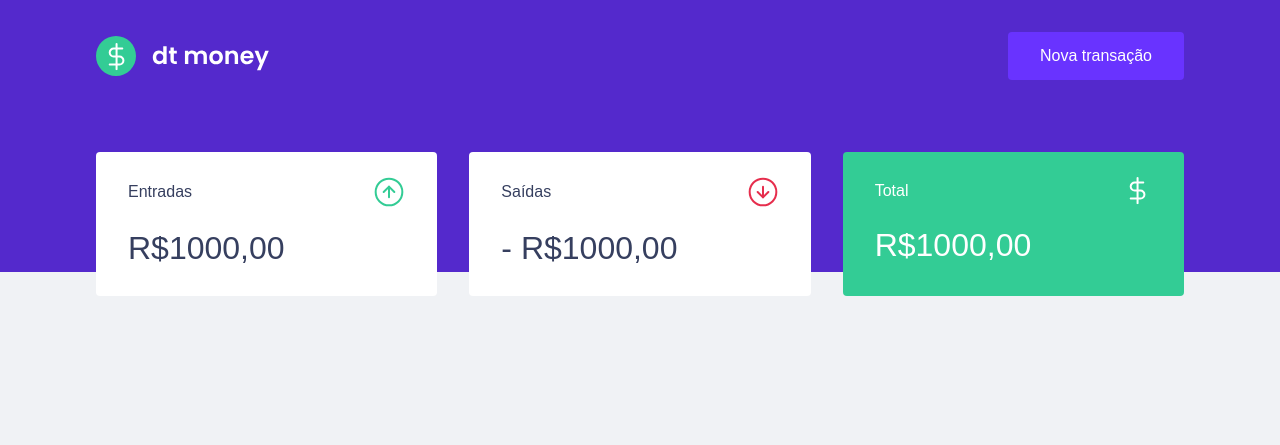
Repository: joaovnogueira/dtmoney
Page: /
The author's editor kept a copy of each file at every save. The page is drawn from the files as they stood at one save, then again after a run of saves.
The browser window is 1280 px wide. The pictures show the whole page.
The project was rebuilt for these pictures with package versions that can differ from the ones it lists, and the page was loaded fresh each time.

Above is the page before, as saved 2022-06-21 15:49:22.

After the next 5 saves:
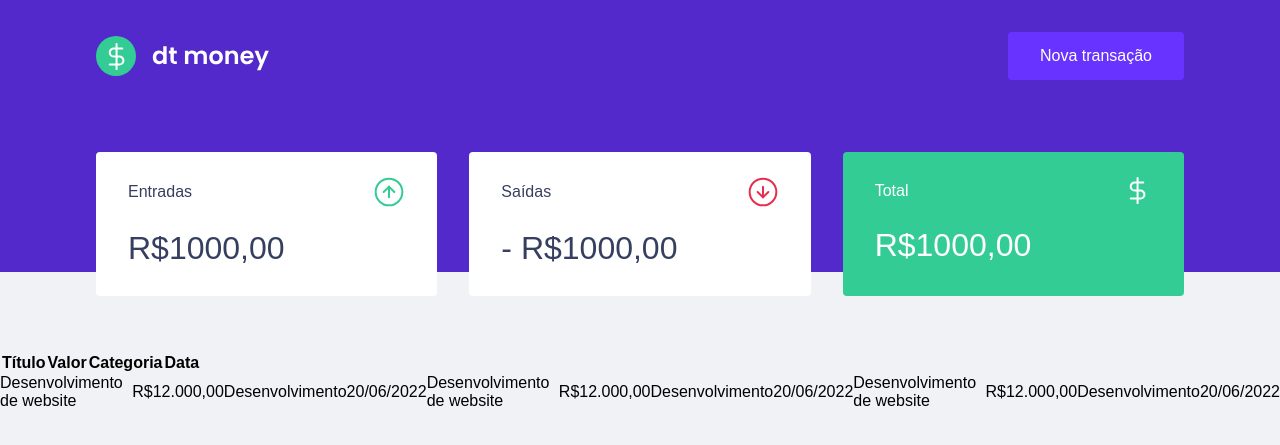
The 5 saves are shown as one change because 1 did not build or start and some came seconds apart.
The last was saved 21 s later.
--- a/src/App.tsx
+++ b/src/App.tsx
@@ -1,6 +1,7 @@
 import { GlobalStyle } from "./assets/styles/global";
 import { Dashboard } from "./components/dashboard";
 import { Header } from "./components/header";
+import { TransactionsTable } from "./components/transacationsTable";
 
 export function App() {
   return (
@@ -8,6 +9,7 @@
         <GlobalStyle/>
         <Header/>
         <Dashboard/>
+        <TransactionsTable />
       </>
 
   );

After the 2 saves that followed:
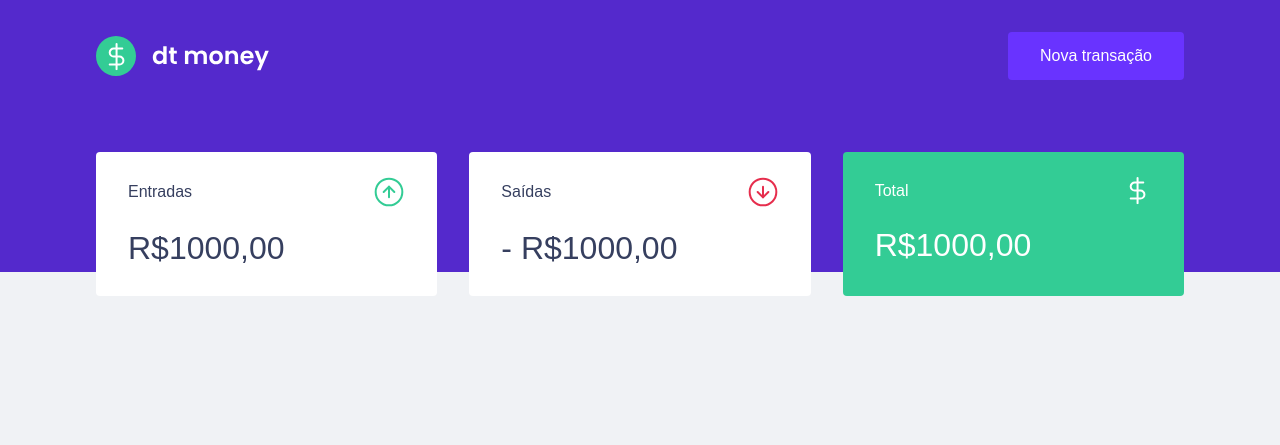
The 2 saves are shown as one change because they came seconds apart.
The last was saved 25 s later.
--- a/src/App.tsx
+++ b/src/App.tsx
@@ -1,7 +1,6 @@
 import { GlobalStyle } from "./assets/styles/global";
 import { Dashboard } from "./components/dashboard";
 import { Header } from "./components/header";
-import { TransactionsTable } from "./components/transacationsTable";
 
 export function App() {
   return (
@@ -9,7 +8,6 @@
         <GlobalStyle/>
         <Header/>
         <Dashboard/>
-        <TransactionsTable />
       </>
 
   );
